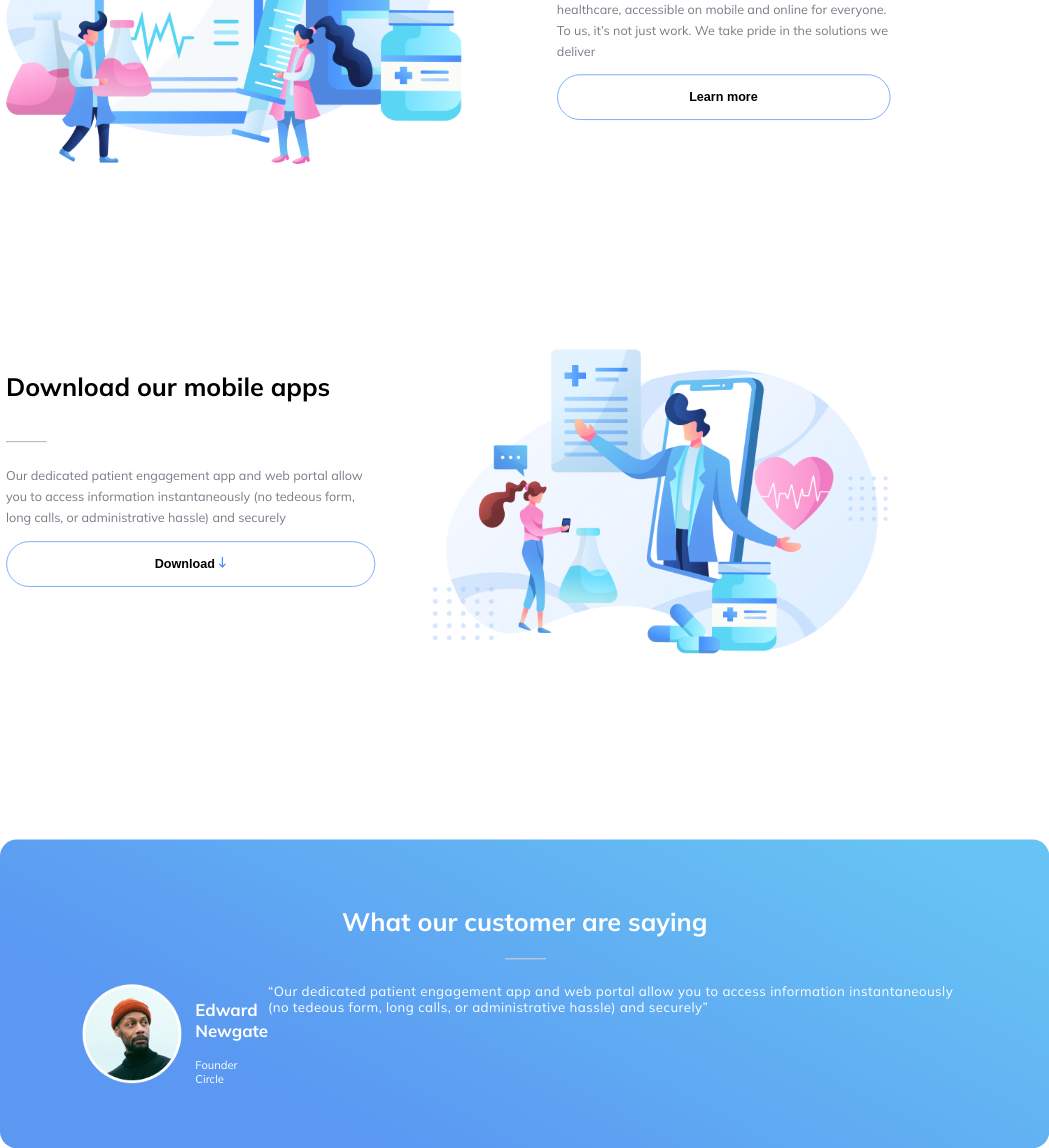
Repository: ivan-developer-01/trafalgar-layout
Page: index.html
An editor plug-in stored every save of this project. The page is shown before and after the next save, followed by the edit.
The browser window is 1280 px wide. The page is 1499 px wide, so the pictures cover 1499 px, including what lies to the right of the window. The pictures show the part of the page from y = 2446 to 4086 px (the page is 4086 px tall before and 4079 px after), at 70% of full size.

Above is the page before, as saved 2024-11-08 15:36:33.

After the next save:
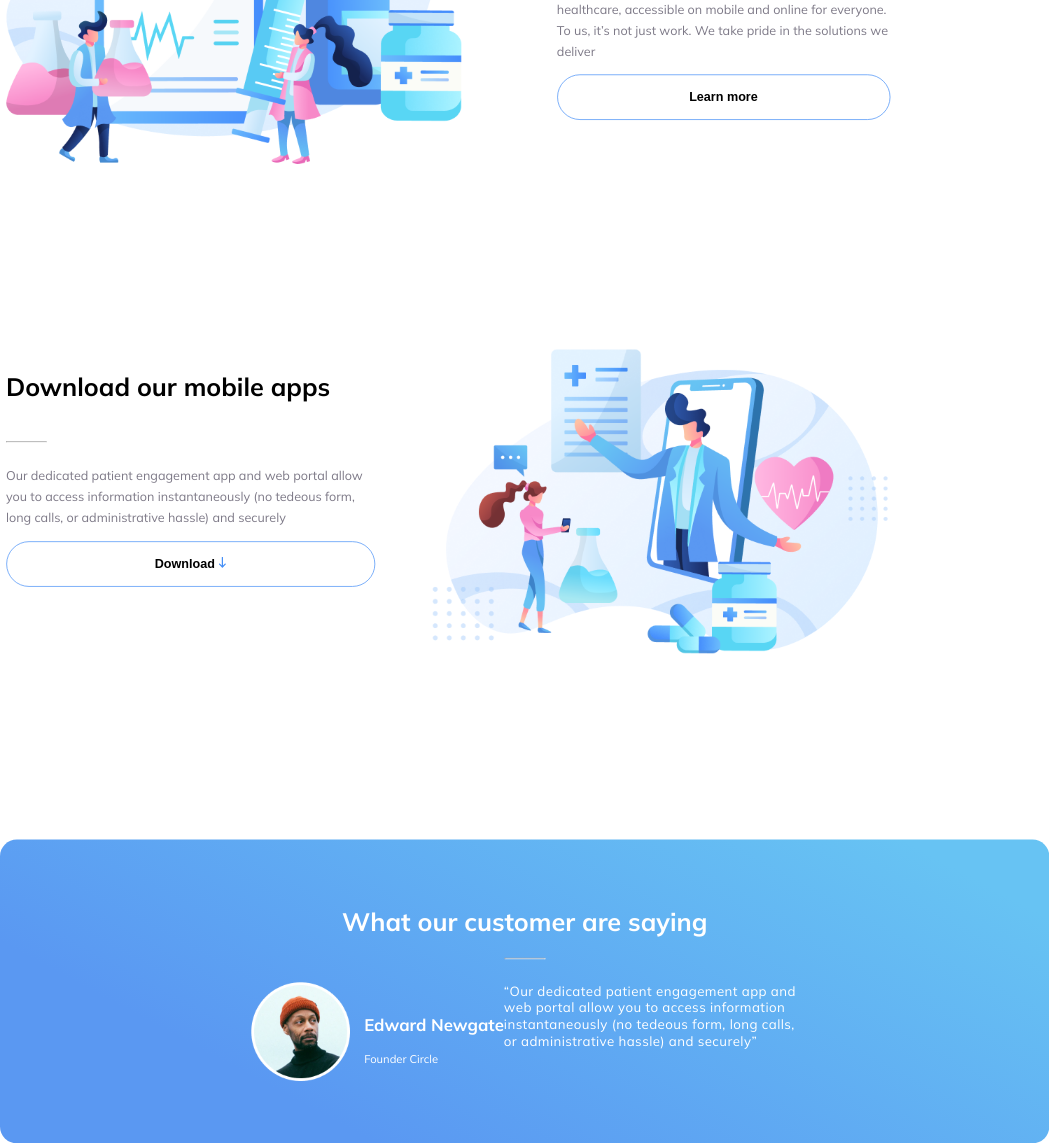
Saved 25 s later.
--- a/style.css
+++ b/style.css
@@ -263,6 +263,7 @@ p {
 
 .review-slider .review .review-text {
 	text-align: left;
+	max-width: 420px;
 }
 
 .review-slider .review .review-text p {
